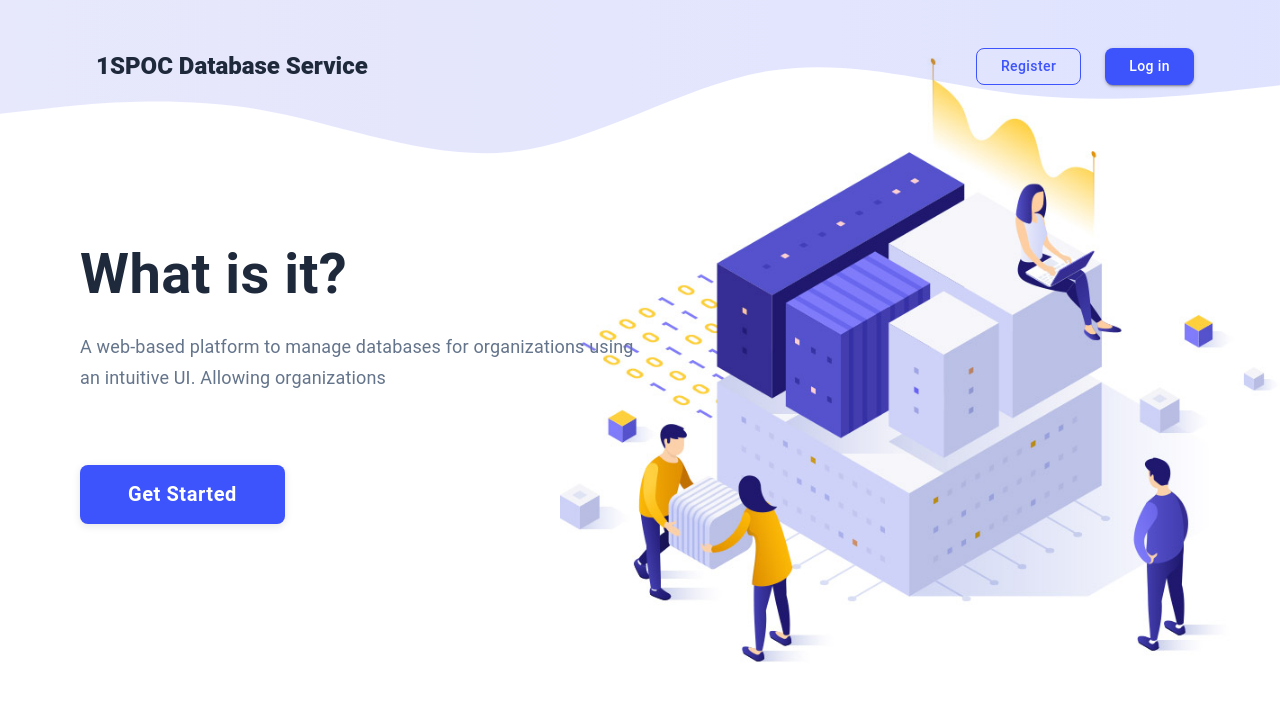
Repository: TanmayVaidya742/DbService
Page: / (app in frontend/)
These files come from the project's save history. The page is drawn as it stood at one moment and after a run of saves; the edit follows.
The browser window is 1280 px wide. The pictures show the whole page.
The page's requests for data from a server got no answer. The project was rebuilt for these pictures with package versions that can differ from the ones it lists, and the page was loaded fresh each time. No one was signed in, and anything a server would have sent is missing. Also part of the build but not shown: frontend/src/components/Login.js, frontend/src/components/Register.js, frontend/src/components/Dashboard.js, frontend/src/components/AddDatabaseDialog.js, frontend/src/components/UserDashboard.js, frontend/src/components/Organizations.js, frontend/src/components/EditTableDialog.js, frontend/src/components/CreateTableDialog.js and 3 more.

Above is the page before, as saved 2025-05-08 10:55:45.

After the next 3 saves:
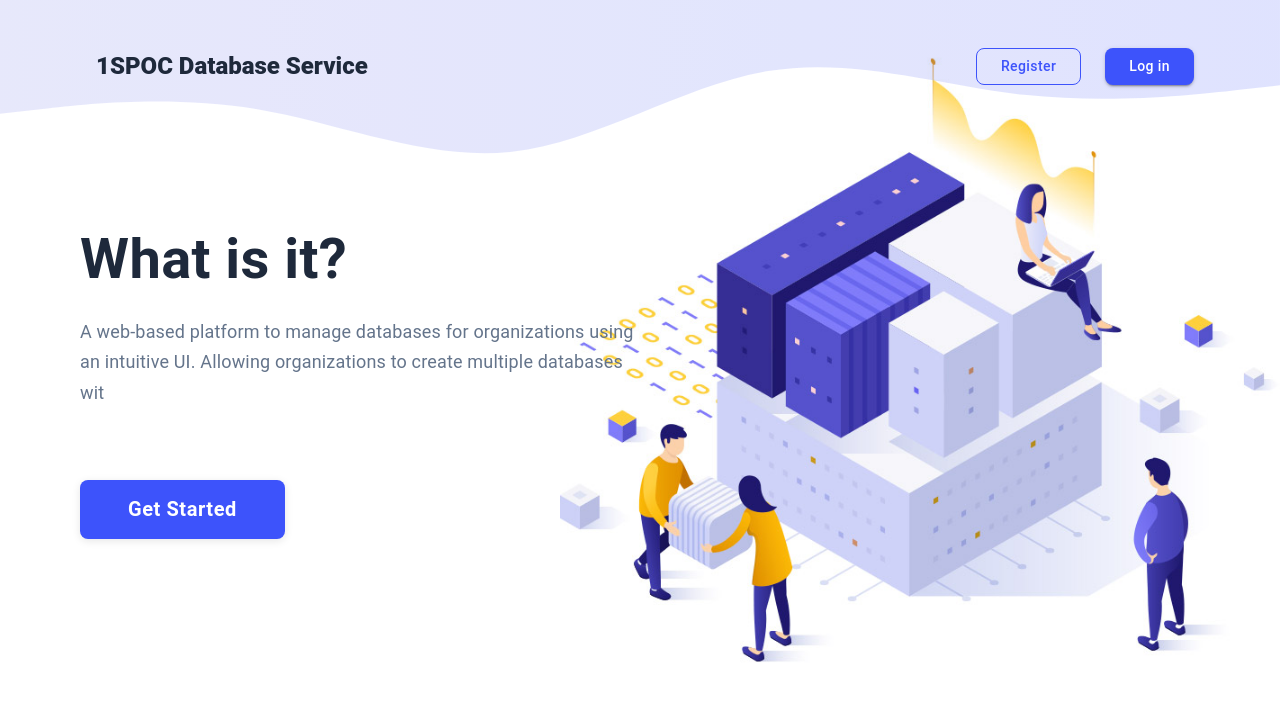
The 3 saves are shown as one change because they came seconds apart.
The last was saved 14 s later.
--- a/frontend/src/components/LandingPage.js
+++ b/frontend/src/components/LandingPage.js
@@ -192,7 +192,7 @@ const LandingPage = () => {
                     whiteSpace: 'normal',
                   }}
                 >
-                  A web-based platform to manage databases for organizations using an intuitive UI. Allowing organizations
+                  A web-based platform to manage databases for organizations using an intuitive UI. Allowing organizations to create multiple databases wit
                 </Typography>
                 <ButtonGroup
                 sx={{ml: 4}}>
